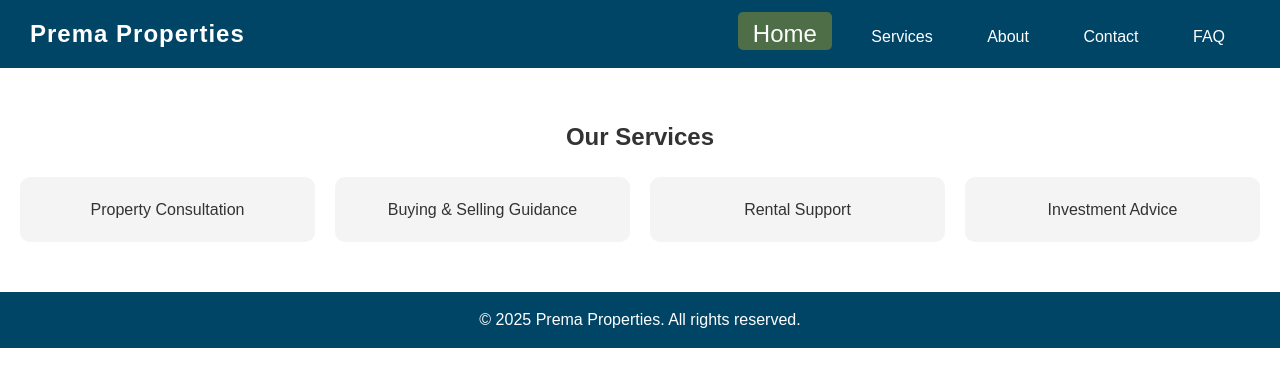
Repository: mnqobiMenzi/Prema-Properties
Page: services.html
An editor plug-in stored every save of this project. The page is shown before and after a run of saves, followed by the edit.
The browser window is 1280 px wide. The pictures show the whole page.
The pointer rests on the first visible `header nav a`.

Above is the page before, as saved 2025-10-04 08:39:22.

### services.html
<!DOCTYPE html>
<html lang="en">
<head>
  <meta charset="UTF-8">
  <meta name="viewport" content="width=device-width, initial-scale=1.0">
  <title>Prema Properties</title>
  <link rel="stylesheet" href="CSS/style.css">
</head>
<body>

  <!-- Header / Navigation -->
  <header>
    <div class="logo">Prema Properties</div>
    <nav>
      <a href="index.html">Home</a>
      <a href="#services">Services</a>
      <a href="about-us.html">About</a>
      <a href="contact-us.html">Contact</a>
      <a href="FAQ.html">FAQ</a>
    </nav>
  </header>


  <!-- Services Section -->
  <section id="services" class="services">
    <h2>Our Services</h2>
    <div class="service-list">
      <div class="service">Property Consultation</div>
      <div class="service">Buying & Selling Guidance</div>
      <div class="service">Rental Support</div>
      <div class="service">Investment Advice</div>
    </div>
  </section>

  <!-- Footer -->
  <footer>
    <p>© 2025 Prema Properties. All rights reserved.</p>
  </footer>

</body>
</html>

### CSS/style.css
* {
  margin: 0;
  padding: 0;
  box-sizing: border-box;
  font-family: Arial, sans-serif;
}

body {
  line-height: 1.6;
  color: #333;
}

/* Header */
header {
  position: sticky;
  top: 0;
  display: flex;
  justify-content: space-between;
  align-items: center;
  padding: 15px 30px;
  background: #004466;
  color: #fff;
  z-index: 1000;
}
header .logo {
  font-size: 1.5em;
  font-weight: 700;
  font-family: 'Poppins', sans-serif;
  color: #fff;
  letter-spacing: 1px;
  display: flex;
  align-items: center;
}
header nav a {
  margin: 0 10px;
  color: #fff;
  padding: 8px 15px;
  border-radius: 5px;
  text-decoration: none;
  font-weight: 500;
  font-family: 'Poppins', sans-serif;
  transition: color 0.3s ease, border-bottom 0.3s ease;
}

header nav a:hover {
  color: #fff;
  background: rgba(255, 204, 0, 0.3);
  /* border-bottom: 2px solid #ffcc00; */
  padding-bottom: 3px;
  font-size: 1.5em;
}
/* Active link */
header nav a.active {
  color: #ff6600;
  border-bottom: 2px solid #ff6600;
}
/* Hero */
.hero {
  background: url('https://source.unsplash.com/1600x600/?house,property') no-repeat center center/cover;
  color: white;
  text-align: center;
  padding: 100px 20px;
}
.hero h1 {
  font-size: 2.5em;
}
.hero .btn {
  display: inline-block;
  margin-top: 20px;
  padding: 10px 20px;
  background: #ff6600;
  color: white;
  border-radius: 5px;
  text-decoration: none;
}
.hero .btn:hover {
  background: #cc5200;
}

/* Sections */
section {
  padding: 50px 20px;
  text-align: center;
}
.services .service-list {
  display: grid;
  grid-template-columns: repeat(auto-fit, minmax(200px, 1fr));
  gap: 20px;
  margin-top: 20px;
}
.service {
  background: #f4f4f4;
  padding: 20px;
  border-radius: 10px;
}

/* Contact */
.contact form {
  display: flex;
  flex-direction: column;
  max-width: 400px;
  margin: auto;
}
.contact input, .contact textarea {
  margin-bottom: 15px;
  padding: 10px;
  border: 1px solid #ddd;
  border-radius: 5px;
}
.contact button {
  padding: 10px;
  border: none;
  background: #004466;
  color: white;
  cursor: pointer;
  border-radius: 5px;
}
.contact button:hover {
  background: #00334d;
}

/* Footer */
footer {
  background: #004466;
  color: #fff;
  text-align: center;
  padding: 15px;
}

After the next 6 saves:
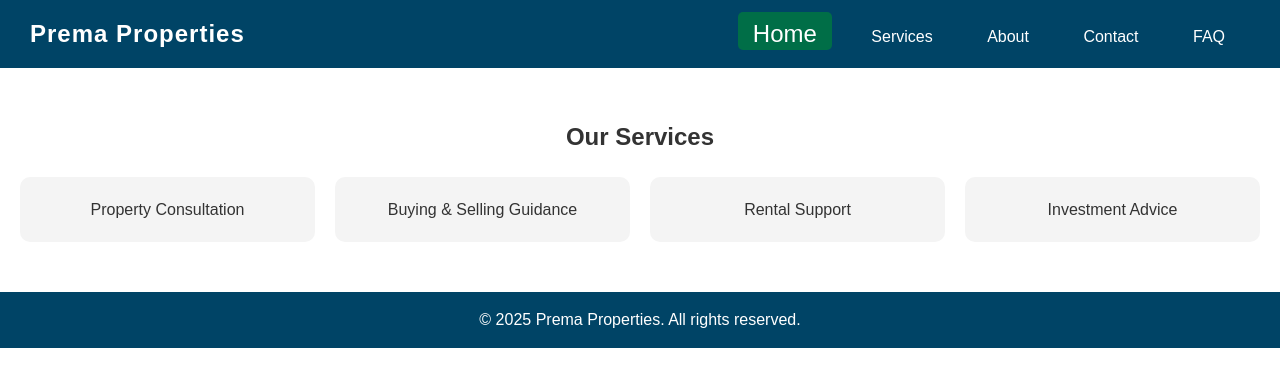
The 6 saves are shown as one change because they came seconds apart.
The last was saved 27 s later.
--- a/CSS/style.css
+++ b/CSS/style.css
@@ -44,7 +44,7 @@ header nav a {
 
 header nav a:hover {
   color: #fff;
-  background: rgba(255, 204, 0, 0.3);
+  background: rgba(0, 204, 0, 0.3);
   /* border-bottom: 2px solid #ffcc00; */
   padding-bottom: 3px;
   font-size: 1.5em;
